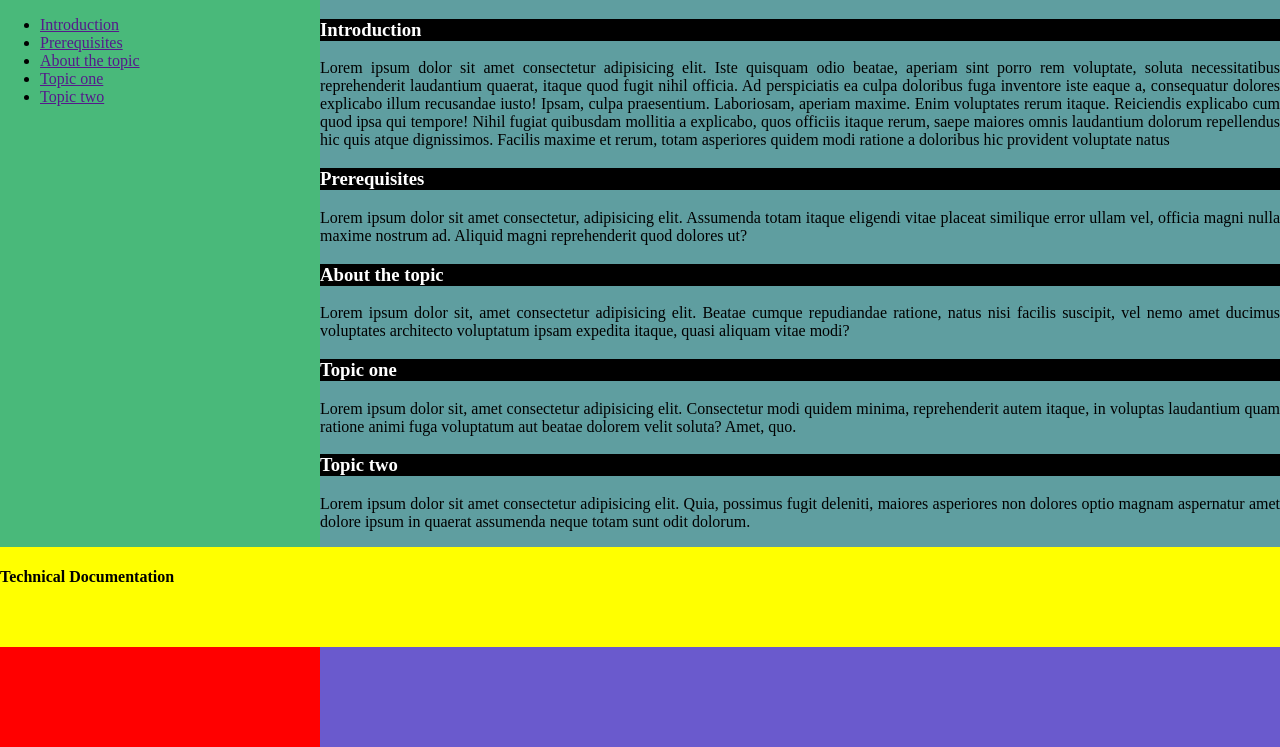
Repository: JoaoLemesDEV/Excercise-Tech-Documentation-Page
Page: index.html
These files come from the project's save history. The page is drawn as it stood at one moment and after a run of saves; the edit follows.
The browser window is 1280 px wide. The pictures show the whole page.

Above is the page before, as saved 2021-10-03 21:44:49.

### index.html
<!DOCTYPE html>
<html lang="en">
  <head>
    <meta charset="UTF-8" />
    <meta http-equiv="X-UA-Compatible" content="IE=edge" />
    <meta name="viewport" content="width=device-width, initial-scale=1.0" />
    <title>Technical Documentaion</title>
    <link rel="stylesheet" href="index.css" />
  </head>
  <body>
    <div class="wrapper">
      <header><h4>Technical Documentation</h4></header>
      <aside>
        <nav>
          <ul>
            <li><a href="">Introduction</a></li>
            <li><a href="">Prerequisites</a></li>
            <li><a href="">About the topic</a></li>
            <li><a href="">Topic one</a></li>
            <li><a href="">Topic two</a></li>
          </ul>
        </nav>
      </aside>
      <main>
        <section id="introduction">
          <h3 style="background: black; color: white">Introduction</h3>
          <p>
            Lorem ipsum dolor sit amet consectetur adipisicing elit. Iste
            quisquam odio beatae, aperiam sint porro rem voluptate, soluta
            necessitatibus reprehenderit laudantium quaerat, itaque quod fugit
            nihil officia. Ad perspiciatis ea culpa doloribus fuga inventore
            iste eaque a, consequatur dolores explicabo illum recusandae iusto!
            Ipsam, culpa praesentium. Laboriosam, aperiam maxime. Enim
            voluptates rerum itaque. Reiciendis explicabo cum quod ipsa qui
            tempore! Nihil fugiat quibusdam mollitia a explicabo, quos officiis
            itaque rerum, saepe maiores omnis laudantium dolorum repellendus hic
            quis atque dignissimos. Facilis maxime et rerum, totam asperiores
            quidem modi ratione a doloribus hic provident voluptate natus
          </p>
        </section>
        <section id="Prerequisites">
          <h3 style="background: black; color: white">Prerequisites</h3>
          <p>
            Lorem ipsum dolor sit amet consectetur, adipisicing elit. Assumenda
            totam itaque eligendi vitae placeat similique error ullam vel,
            officia magni nulla maxime nostrum ad. Aliquid magni reprehenderit
            quod dolores ut?
          </p>
        </section>
        <section id="about the topic">
          <h3 style="background: black; color: white">About the topic</h3>
          <p>
            Lorem ipsum dolor sit, amet consectetur adipisicing elit. Beatae
            cumque repudiandae ratione, natus nisi facilis suscipit, vel nemo
            amet ducimus voluptates architecto voluptatum ipsam expedita itaque,
            quasi aliquam vitae modi?
          </p>
        </section>
        <section id="topic one">
          <h3 style="background: black; color: white">Topic one</h3>
          <p>
            Lorem ipsum dolor sit, amet consectetur adipisicing elit.
            Consectetur modi quidem minima, reprehenderit autem itaque, in
            voluptas laudantium quam ratione animi fuga voluptatum aut beatae
            dolorem velit soluta? Amet, quo.
          </p>
        </section>
        <section id="topic two">
          <h3 style="background: black; color: white">Topic two</h3>
          <p>
            Lorem ipsum dolor sit amet consectetur adipisicing elit. Quia,
            possimus fugit deleniti, maiores asperiores non dolores optio magnam
            aspernatur amet dolore ipsum in quaerat assumenda neque totam sunt
            odit dolorum.
          </p>
        </section>
      </main>
      <footer></footer>
    </div>
  </body>
</html>

### index.css
html body{
  margin: 0;
  padding: 0;
  box-sizing: border-box;
  background-color: slateblue;

}
.wrapper {
    display: grid;
    grid-template-columns: 1fr 3fr;
    //grid-template-rows: 20vh 10vh 10vh;
}

header{
  background-color: yellow;
  height: 100px;
  grid-column-start: 1;
  grid-column-end: 3;
}

aside{
background-color: rgb(73, 185, 122);
grid-row-start: 1;
grid-row-end: 2;
}

main{
  background-color: cadetblue;
  text-align: justify;
  grid-row-start: 1;
  grid-row-end: 2;
}

footer{
  background-color: red;
  height: 100px;
}

After the next 2 saves:
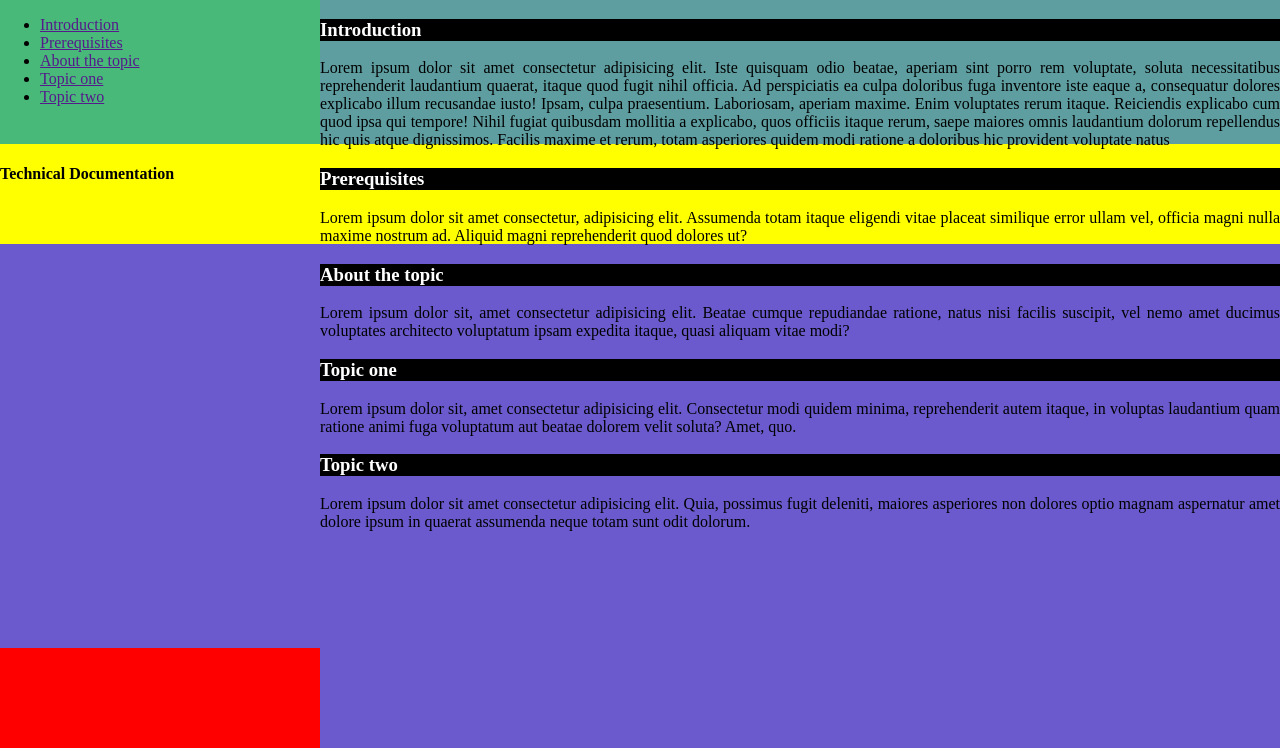
The 2 saves are shown as one change because they came seconds apart.
The last was saved 101 s later.
--- a/index.css
+++ b/index.css
@@ -8,7 +8,7 @@ html body{
 .wrapper {
     display: grid;
     grid-template-columns: 1fr 3fr;
-    //grid-template-rows: 20vh 10vh 10vh;
+    grid-template-rows: 20vh 70vh 10vh;
 }
 
 header{
